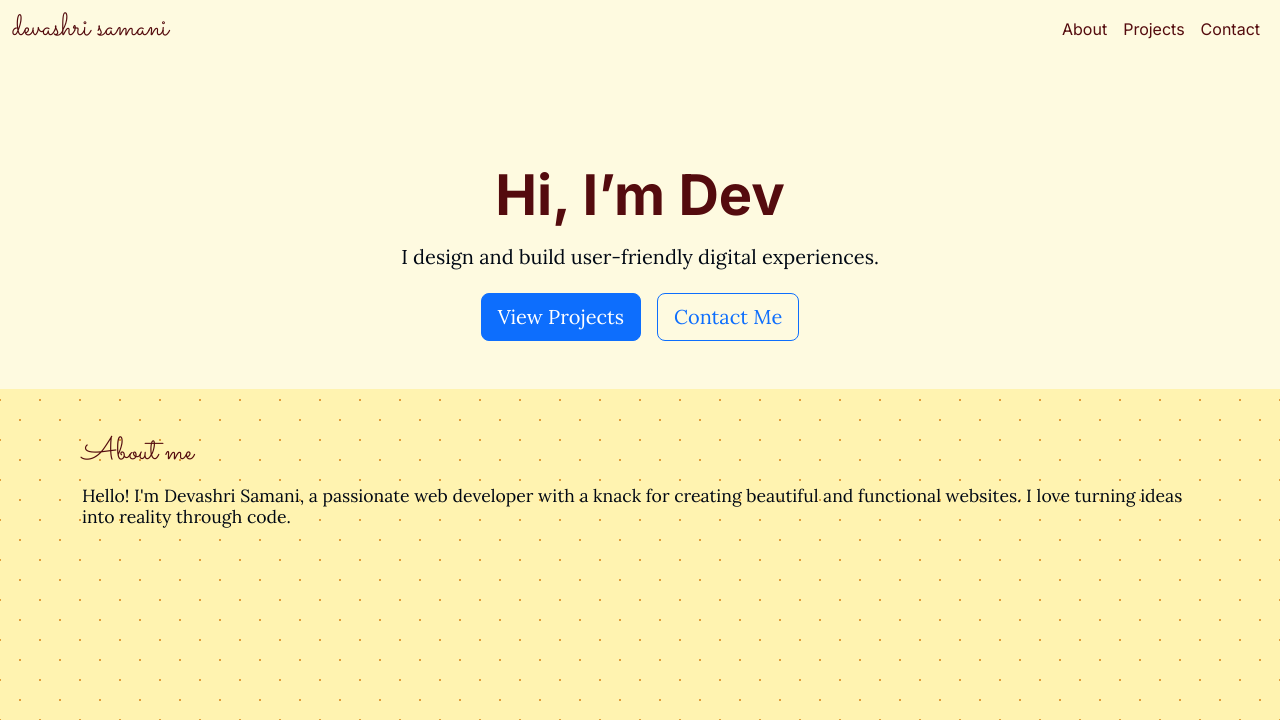
Repository: devashrisamani/devashrisamani.github.io
Page: index.html
An editor plug-in stored every save of this project. The page is shown before and after the next save, followed by the edit.
The browser window is 1280 px wide. The pictures show the whole page.

Above is the page before, as saved 2025-09-23 19:43:01.

### index.html
<!DOCTYPE html>
<html lang="en">
  <head>
    <meta charset="UTF-8" />
    <meta http-equiv="X-UA-Compatible" content="IE=edge" />
    <meta name="viewport" content="width=device-width, initial-scale=1.0" />
    <title>dev's portfolio</title>
    <link rel="preconnect" href="https://fonts.googleapis.com" />
    <link rel="preconnect" href="https://fonts.gstatic.com" crossorigin />
    <link
      href="https://fonts.googleapis.com/css2?family=Inter:ital,opsz,wght@0,14..32,100..900;1,14..32,100..900&family=Lora:ital,wght@0,400..700;1,400..700&family=Sacramento&display=swap"
      rel="stylesheet"
    />
    <link
      href="https://cdn.jsdelivr.net/npm/bootstrap@5.3.3/dist/css/bootstrap.min.css"
      rel="stylesheet"
    />
    <script src="https://cdn.jsdelivr.net/npm/bootstrap@5.3.3/dist/js/bootstrap.bundle.min.js"></script>
    <link rel="stylesheet" href="/css/css_reset.css" />
    <link rel="stylesheet" href="/css/style.css" />
    <link rel="stylesheet" href="/css/base.css" />
    <link rel="stylesheet" href="/css/layout.css" />
    <link rel="stylesheet" href="/css/components.css" />
  </head>
  <body>
    <!-- Bootstrap Navbar -->
    <header>
      <nav
        class="navbar navbar-expand-md"
        style="background-color: var(--secondary-color)"
      >
        <div class="container-fluid">
          <!-- Logo -->
          <a class="navbar-brand logo-text" href="index.html"
            >devashri samani</a
          >

          <!-- Bootstrap Toggler -->
          <button
            class="navbar-toggler"
            type="button"
            data-bs-toggle="collapse"
            data-bs-target="#navbarNav"
            aria-controls="navbarNav"
            aria-expanded="false"
            aria-label="Toggle navigation"
          >
            <span class="navbar-toggler-icon"></span>
          </button>

          <!-- Menu Links -->
          <div class="collapse navbar-collapse" id="navbarNav">
            <ul class="navbar-nav ms-auto">
              <li class="nav-item">
                <a class="nav-link" href="#about">About</a>
              </li>
              <li class="nav-item">
                <a class="nav-link" href="#projects">Projects</a>
              </li>
              <li class="nav-item">
                <a class="nav-link" href="#contact">Contact</a>
              </li>
            </ul>
          </div>
        </div>
      </nav>
    </header>

    <!-- Content -->
    <main>
      <!-- Hero Section -->
      <section
        class="text-center py-5"
        style="background-color: var(--secondary-color)"
      >
        <div class="container">
          <h1 class="display-4 fw-bold mb-3">Hi, I’m Dev</h1>
          <p class="lead mb-4">
            I design and build user-friendly digital experiences.
          </p>
          <div class="d-flex justify-content-center gap-3">
            <a href="#projects" class="btn btn-primary btn-lg">View Projects</a>
            <a href="#contact" class="btn btn-outline-primary btn-lg"
              >Contact Me</a
            >
          </div>
        </div>
      </section>

      <!-- About Section -->
      <section id="about" class="container my-5">
        <h2 class="mb-3">About me</h2>
        <p>
          Hello! I'm Devashri Samani, a passionate web developer with a knack
          for creating beautiful and functional websites. I love turning ideas
          into reality through code.
        </p>
      </section>
    </main>
  </body>
</html>

### css/css_reset.css
/* http://meyerweb.com/eric/tools/css/reset/
   v2.0 | 20110126
   License: none (public domain)
*/

html,
body,
div,
span,
applet,
object,
iframe,
h1,
h2,
h3,
h4,
h5,
h6,
p,
blockquote,
pre,
a,
abbr,
acronym,
address,
big,
cite,
code,
del,
dfn,
em,
img,
ins,
kbd,
q,
s,
samp,
small,
strike,
strong,
sub,
sup,
tt,
var,
b,
u,
i,
center,
dl,
dt,
dd,
ol,
ul,
li,
fieldset,
form,
label,
legend,
table,
caption,
tbody,
tfoot,
thead,
tr,
th,
td,
article,
aside,
canvas,
details,
embed,
figure,
figcaption,
footer,
header,
hgroup,
menu,
nav,
output,
ruby,
section,
summary,
time,
mark,
audio,
video {
  margin: 0;
  padding: 0;
  border: 0;
  font-size: 100%;
  font: inherit;
  vertical-align: baseline;
}
/* HTML5 display-role reset for older browsers */
article,
aside,
details,
figcaption,
figure,
footer,
header,
hgroup,
menu,
nav,
section {
  display: block;
}
body {
  line-height: 1;
}
ol,
ul {
  list-style: none;
}
blockquote,
q {
  quotes: none;
}
blockquote:before,
blockquote:after,
q:before,
q:after {
  content: "";
  content: none;
}
table {
  border-collapse: collapse;
  border-spacing: 0;
}

### css/style.css
/* CSS for Index Page */

:root {
  --font-sacramento: "Sacramento", cursive;
}

h2 {
  font-family: var(--font-sacramento);
}
body {
  margin: 0;
  padding: 0;
  min-height: 100vh;

  /* Background generated using - https://www.magicpattern.design/tools/css-backgrounds*/
  background-color: #fff3b0;
  background-image: radial-gradient(#e09f3e 1px, transparent 1px),
    radial-gradient(#e09f3e 1px, #fff3b0 1px);
  background-size: 40px 40px;
  background-position: 0 0, 20px 20px;
}

### css/base.css
/* Global Styles only */
/* Font Variables */
:root {
  --font-sacramento: "Sacramento", cursive;
  --font-lora: "Lora", serif;
  --font-inter: "Inter", serif;
}

/* Color Variables */
/* Change this as you go - along with the variable names and heading colors */

:root {
  /* --primary-color: #540b0e; */
  --secondary-color: #fefae0;
  --button-color-primary: #e09f3e; /* for buttons */
  --button-color-secondary: #fff3b0; /* for buttons */
  --heading-color-dark: #540b0e; /* for headings */
  --text-color-dark: #000814; /* for text */
  --text-color-light: #ffffff; /* for containers */
}

/* after bootstrap.css */
:root {
  /* Mapping my fonts/colors to Bootstrap’s CSS vars */
  --bs-body-font-family: var(--font-lora);
  --bs-body-color: var(--text-color-dark);
  --bs-heading-color: var(--heading-color-dark);
  --bs-primary: var(--button-color-primary);
  --bs-secondary: var(--button-color-secondary);
  --bs-link-color: var(--heading-color-dark);
  --bs-link-hover-color: var(--button-color-primary);
}

/* Background generated using - https://www.magicpattern.design/tools/css-backgrounds*/
body {
  min-height: 100vh;
  background-color: #fff3b0;
  background-image: radial-gradient(#e09f3e 1px, transparent 1px),
    radial-gradient(#e09f3e 1px, #fff3b0 1px);
  background-size: 40px 40px;
  background-position: 0 0, 20px 20px;
}

body {
  font-family: var(--font-lora);
  font-size: 100%;
}

h1 {
  font-family: var(--font-inter);
  font-size: 2.5rem;
  font-weight: 200;
  margin-top: 5%;
  margin-bottom: 3%;
  color: var(--heading-color-dark);
}

h2 {
  font-family: var(--font-sacramento);
  color: darkred;
  font-size: 2rem;
  font-weight: 400;
  margin-top: 3%;
  margin-bottom: 2%;
  color: var(--heading-color-dark);
}

h3 {
  font-size: 1.5rem;
  margin-top: 2%;
  margin-bottom: 2%;
  color: var(--text-color-dark);
}

h4 {
  font-size: 1.25rem;
  font-weight: 600;
  margin-top: 1%;
  margin-bottom: 1%;
}

p {
  font-size: 1.1rem;
  margin-top: 1%;
  margin-bottom: 1%;
  line-height: 1.2;
}

### css/layout.css
/* components.css */
.navbar .nav-link {
  color: var(--heading-color-dark);
  font-family: var(--font-inter);
}

.navbar .nav-link:hover {
  color: var(--button-color-primary);
}

.navbar-brand {
  font-family: var(--font-sacramento);
  font-size: 2rem;
  color: var(--heading-color-dark);
}

### css/components.css
/* To Do: Add specific styles for spacing, width, margins, buttons, cards, form, chips, dropdown for the section "Questions Employers often ask me"  */

/* Logo Text
.portfolio-header .logo {
  text-decoration: none;
}

.logo-text {
  font-family: var(--font-sacramento);
  margin: 0;
}

/* Nav List  */
/* .nav-list a {
  text-decoration: none;
  color: var(--heading-color-dark);
  font-size: small;
}

.nav-list a:hover {
  color: var(--button-color-primary);
  font-size: small; */

After the next save:
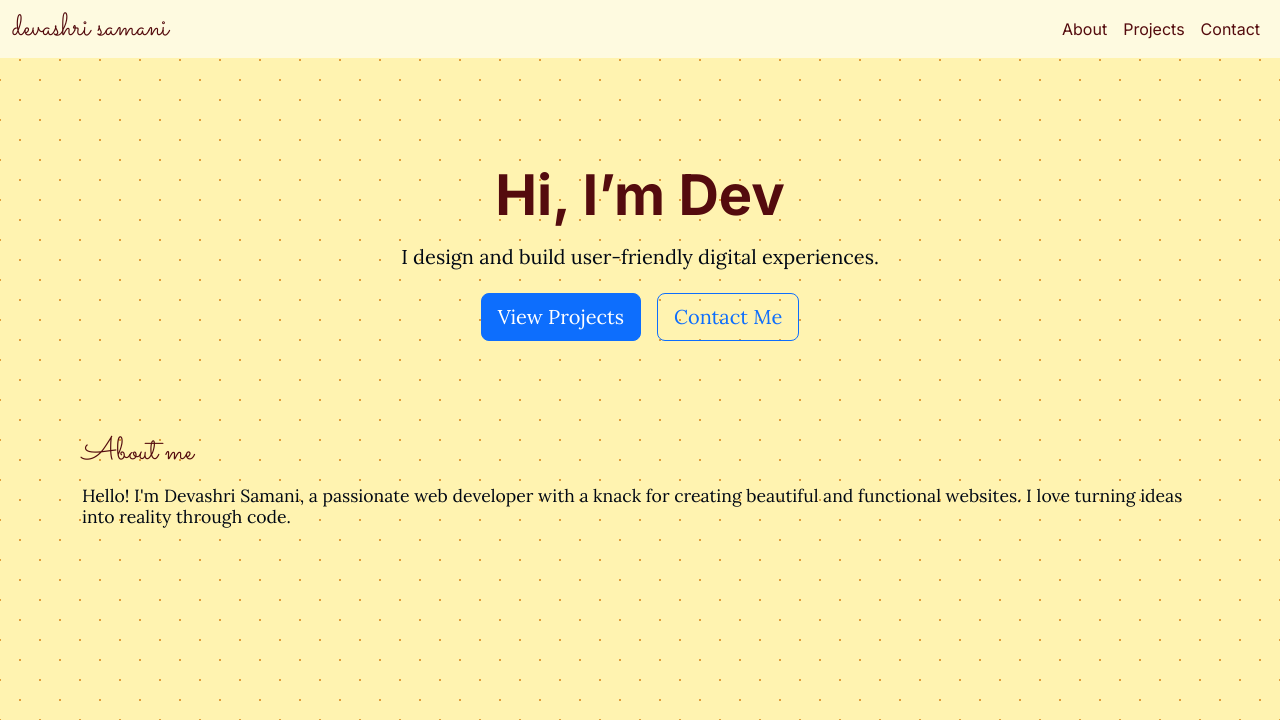
Saved 17 s later.
--- a/index.html
+++ b/index.html
@@ -69,10 +69,7 @@
     <!-- Content -->
     <main>
       <!-- Hero Section -->
-      <section
-        class="text-center py-5"
-        style="background-color: var(--secondary-color)"
-      >
+      <section class="text-center py-5">
         <div class="container">
           <h1 class="display-4 fw-bold mb-3">Hi, I’m Dev</h1>
           <p class="lead mb-4">
